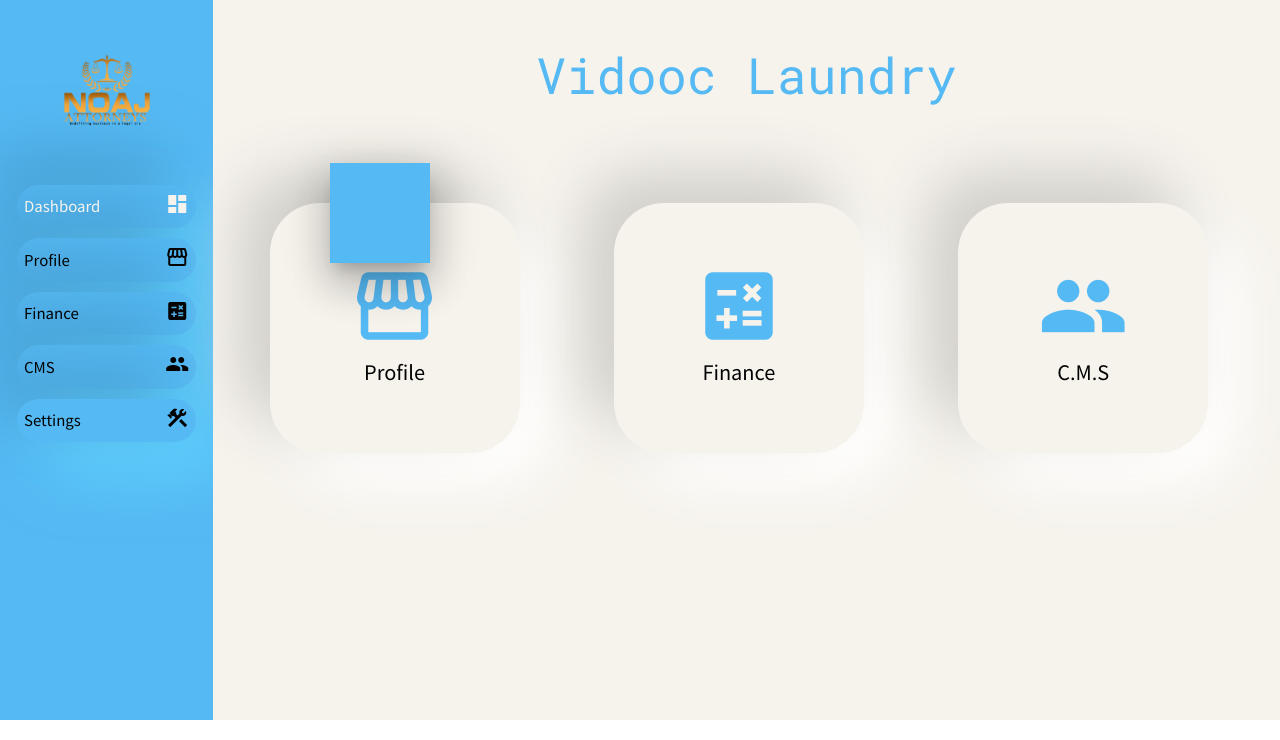
Repository: latenightsnacc/AllinOne
Page: Design/index.html
These files come from the project's save history. The page is drawn as it stood at one moment and after the next save; the edit follows.
The browser window is 1280 px wide. The pictures show the whole page.
The style sheet was rebuilt from its Sass, Less or Tailwind sources for each picture, by a compiler version that may differ from the author's.

Above is the page before, as saved 2020-09-16 15:27:42.

After the next save:
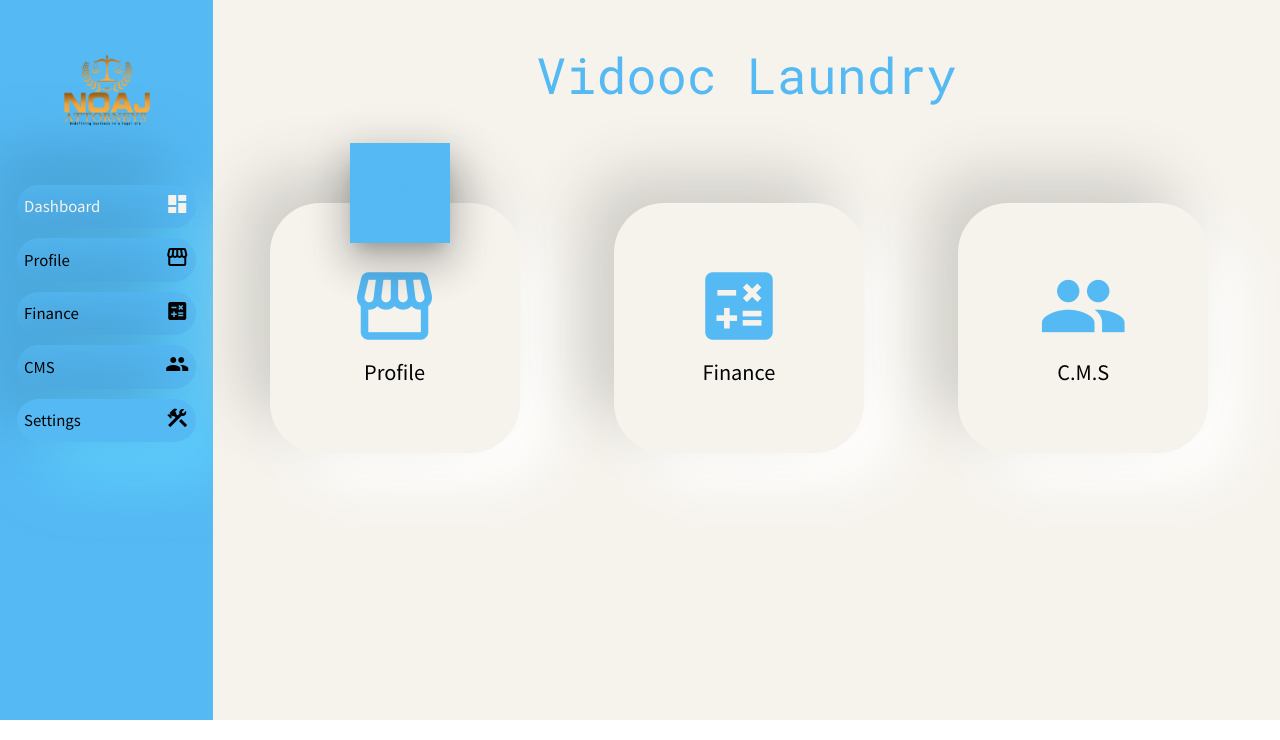
Saved 25 s later.
--- a/Design/Styles.scss
+++ b/Design/Styles.scss
@@ -67,8 +67,8 @@
 
     .card-top {
         position: absolute;
-        top:-40px;
-        left: 60px;
+        top:-60px;
+        left: 80px;
         width: 100px;
         height: 100px;
         background-color: $blue;
